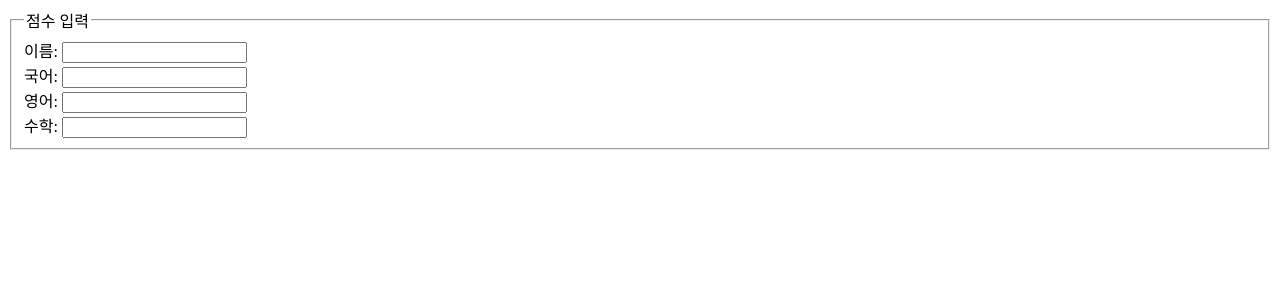
Repository: BosuMamemon/JSP_work
Page: http://localhost/JSP_Project/exam/scoreInput.jsp
An editor plug-in stored every save of this project. The page is shown before and after the next save, followed by the edit.
The browser window is 1280 px wide. The pictures show the whole page.
The page is served by Tomcat 9.

Above is the page before, as saved 2025-02-27 01:52:16.

After the next save:
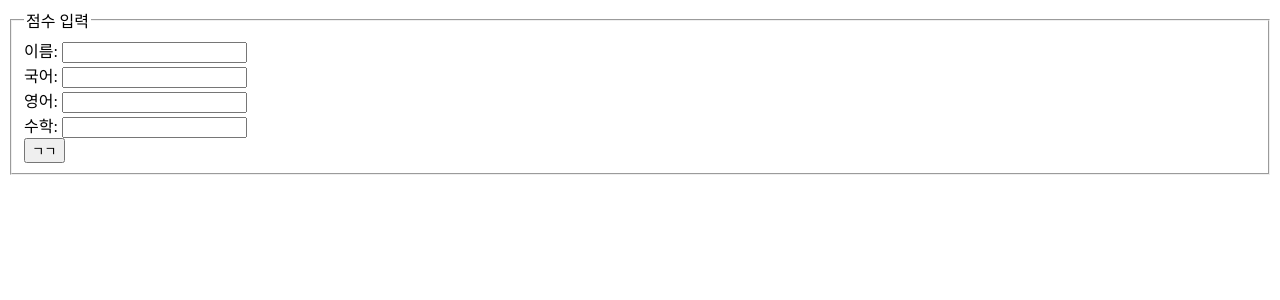
Saved 3 min 12 s later.
--- a/workspace/JSP_Project/src/main/webapp/exam/scoreInput.jsp
+++ b/workspace/JSP_Project/src/main/webapp/exam/scoreInput.jsp
@@ -24,6 +24,8 @@
 				<label for='math'>수학: </label>
 				<input type='text' id='math' name='math'>
 				<br>
+
+				<button type='submit'>ㄱㄱ</button>
 			</fieldset>
 		</form>
 	</body>
